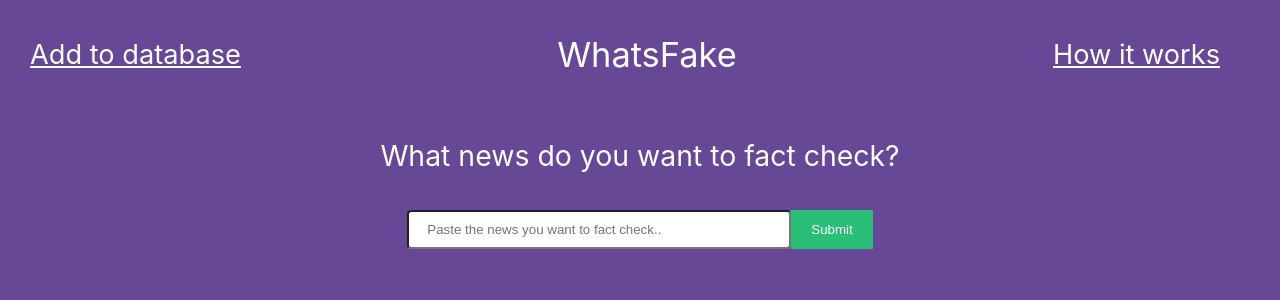
Repository: alkalox/FakeNews
Page: /
An editor plug-in stored every save of this project. The page is shown before and after the next save, followed by the edit.
The browser window is 1280 px wide. The pictures show the whole page.
The project was rebuilt for these pictures with package versions that can differ from the ones it lists, and the page was loaded fresh each time.

Above is the page before, as saved 2019-04-23 20:12:57.

After the next save:
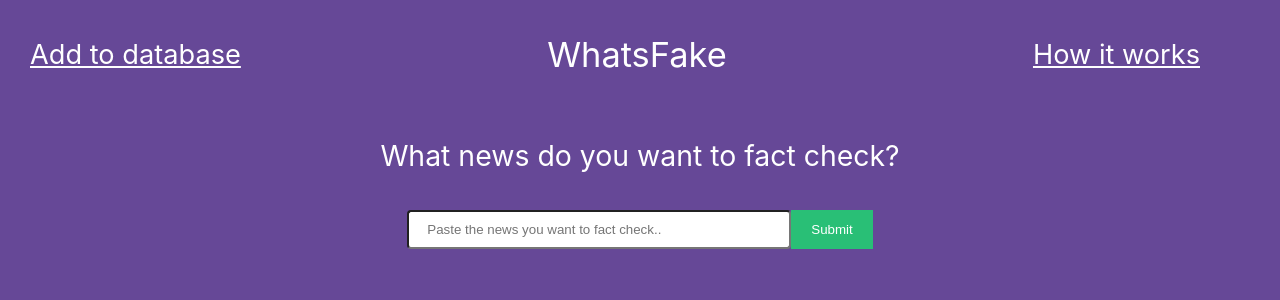
Saved 12 s later.
--- a/src/App.css
+++ b/src/App.css
@@ -19,7 +19,7 @@
   font-size: calc(20px + 1vmin);
 }
 .right {
-  padding-right: 60px;
+  padding-right: 80px;
   font-size: calc(20px + 1vmin);
 }
 .input {
